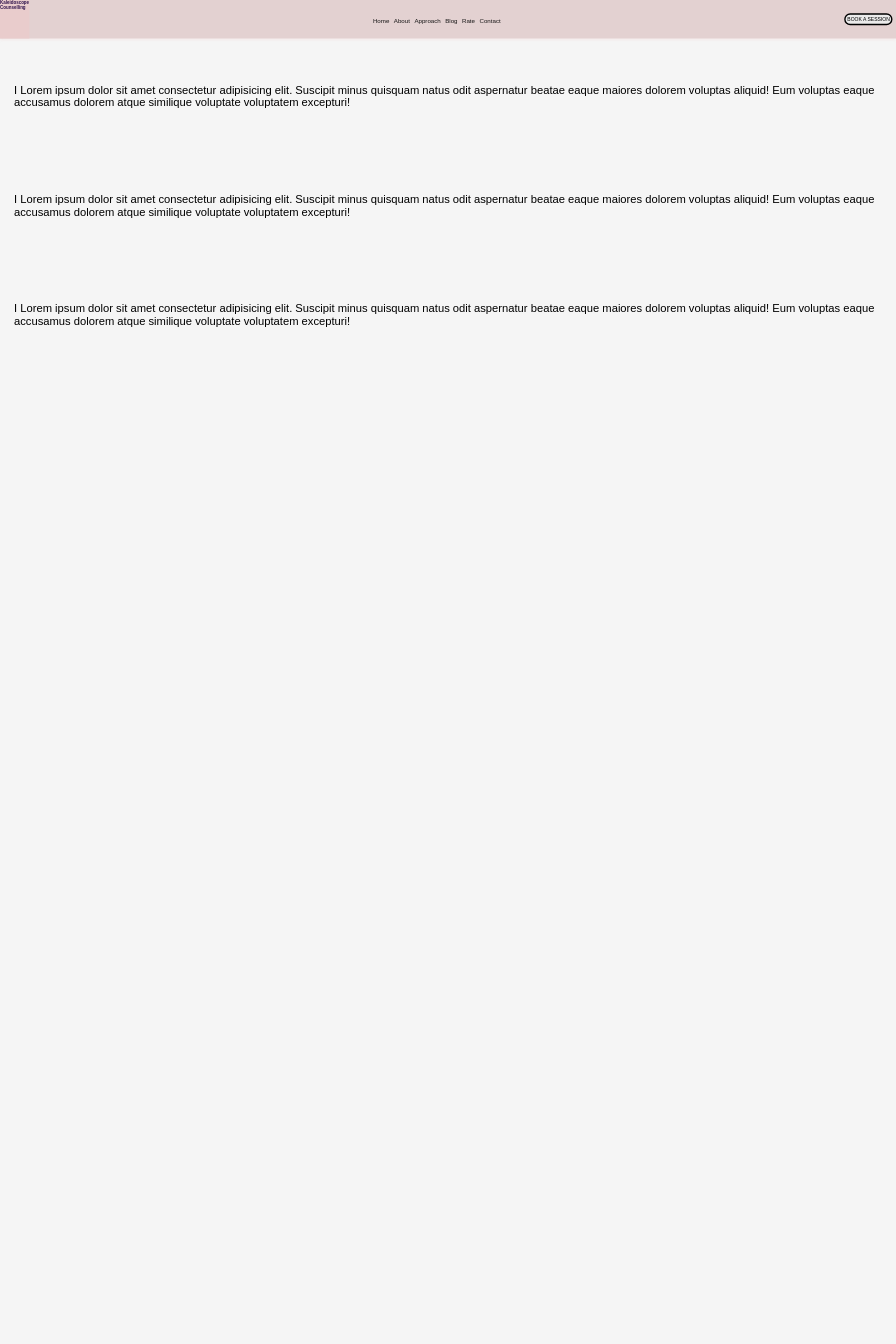
Repository: voutadi/ava-website
Page: index.html
An editor plug-in stored every save of this project. The page is shown before and after the next save, followed by the edit.
The browser window is 1280 px wide. The pictures show the part of the page from y = 0 to 1920 px (the page is 3120 px tall before and 3000 px after), at 70% of full size.

Above is the page before, as saved 2024-07-03 18:28:33.

After the next save:
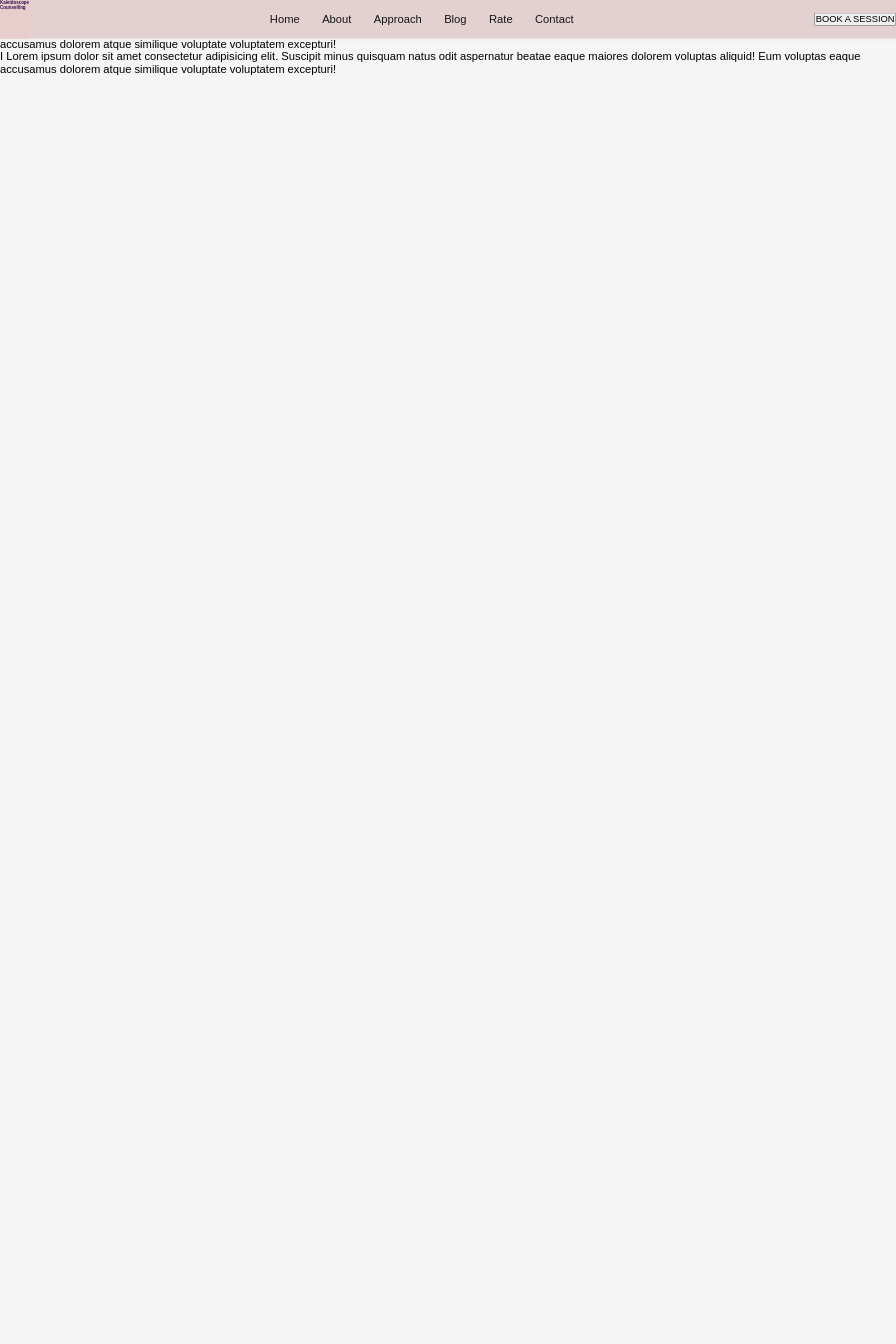
Saved 3 h 48 min later.
--- a/styles/style.css
+++ b/styles/style.css
@@ -69,7 +69,7 @@
 }
 
 button {
-  background-color: rgb(235, 235, 235);
+  background-color: rgb(23;
 
   font-size: 1rem;
   padding: 8px 12px;

After the save that followed:
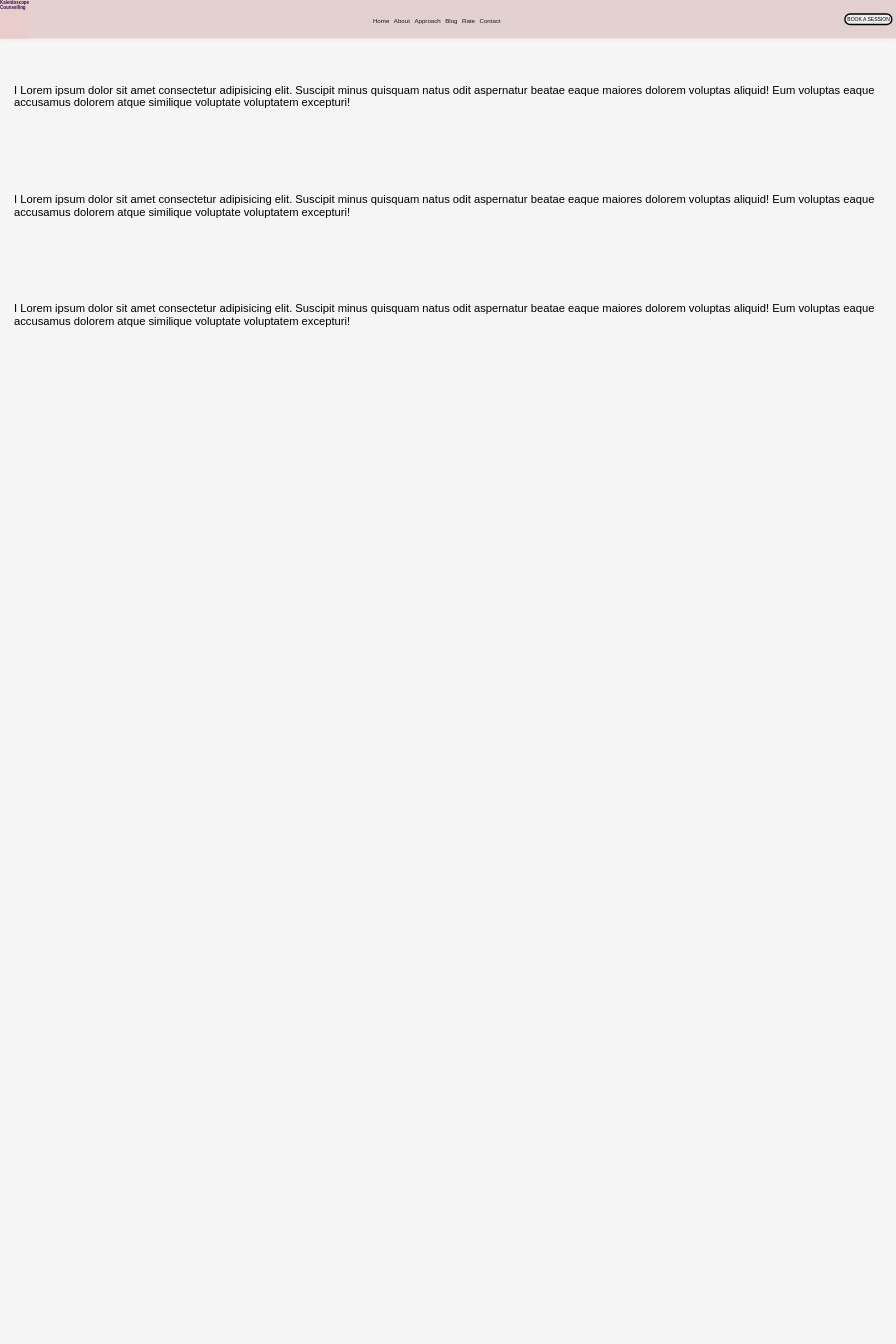
Saved 6 s later.
--- a/styles/style.css
+++ b/styles/style.css
@@ -69,7 +69,7 @@
 }
 
 button {
-  background-color: rgb(23;
+  background-color: ;
 
   font-size: 1rem;
   padding: 8px 12px;
